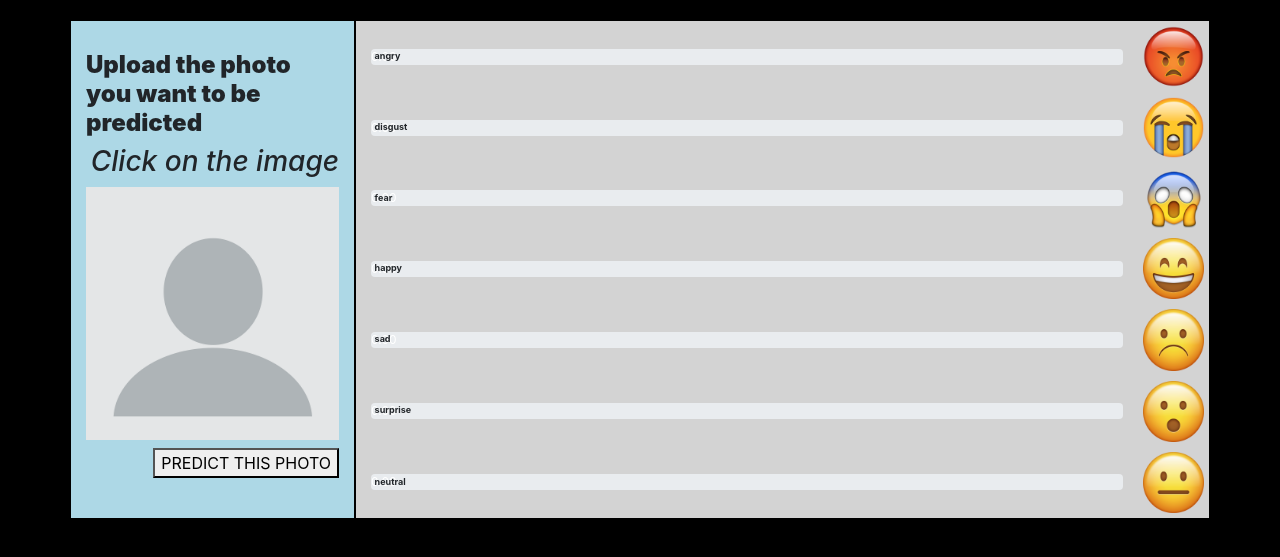
Repository: Jermaniac/TrabajoFinGradoGerman
Page: / (app in webprojectREACT/webexpresssionproject/)
These files come from the project's save history. The page is drawn as it stood at one moment and after the next save; the edit follows.
The browser window is 1280 px wide. The pictures show the whole page.
The project was rebuilt for these pictures with package versions that can differ from the ones it lists, and the page was loaded fresh each time.

Above is the page before, as saved 2021-05-05 13:03:07.

### webprojectREACT/webexpresssionproject/public/index.html
<!DOCTYPE html>
<html lang="en">
  <head>
    <meta charset="utf-8" />
    <link rel="icon" href="%PUBLIC_URL%/favicon.ico" />
    <meta name="viewport" content="width=device-width, initial-scale=1" />
    <meta name="theme-color" content="#000000" />
    <meta
      name="description"
      content="Web site created using create-react-app"
    />
    <title>Expression App</title>
  </head>
  <body>
    <div id="root"></div>
  </body>
</html>

### webprojectREACT/webexpresssionproject/src/index.js
import React from 'react';
import ReactDOM from 'react-dom';
import App from './components/App';
import './index.css'
// Bootstrap support for React
import 'bootstrap/dist/css/bootstrap.min.css'

import { configureStore } from './redux/configureStore'
import { Provider } from 'react-redux';

const store= configureStore();

const Root = (
  <Provider store={store}>
    <App />
  </Provider>
);

const rootElement = document.getElementById('root');

ReactDOM.render(
  Root,
  rootElement
);

### webprojectREACT/webexpresssionproject/src/components/App.jsx
import React from 'react'

import InfoExpressions from './InfoComponent'

import '../styles/App.css'
import { changeExpressions, changePhoto } from '../redux/actionCreators';

import { connect } from 'react-redux'
import FormComponent from './FormComponent';

const mapStateToProps = state => {
  return {
    expressions: state.expressions,
    photo: state.photo
  }
};

const mapDispatchToProps = dispatch => ({
  changeExpressions: (expressions) => dispatch(changeExpressions(expressions)),
  changePhoto: (photo) => dispatch(changePhoto(photo))
});

class App extends React.Component {

  render () {
    return (
        <div className="container">
          <div className="row">
              <FormComponent changeExpressions={this.props.changeExpressions}
              changePhoto={this.props.changePhoto}
              photo={this.props.photo}
              ></FormComponent>
              <InfoExpressions  expressions={this.props.expressions} ></InfoExpressions>
          </div>
        </div>
    );
  }

}

export default ( connect ( mapStateToProps, mapDispatchToProps )( App ))

### webprojectREACT/webexpresssionproject/src/redux/configureStore.js

import { createStore, combineReducers} from 'redux';
import { expressions } from './expressions'
import { photo } from './photo'

const combination = combineReducers({
    expressions,
    photo
});

export const configureStore = () => {

    const store = createStore(
        combination,
        // activate redux dev tools in browser
        window.__REDUX_DEVTOOLS_EXTENSION__ && window.__REDUX_DEVTOOLS_EXTENSION__()

    );

    return store;
}

### webprojectREACT/webexpresssionproject/src/components/InfoComponent.jsx
import React from 'react';
import '../styles/InfoComponent.css'

function InfoComponent({ expressions }) {

  if (expressions) {
    let expressionsFormatted = formatProbabilities(expressions);

    return (
    <div className="col-12 col-md-8 col-lg-9" id="info">
        {
        expressionsFormatted.map((expression) => {
          let emojiSrc = `./assets/images/emoji_${expression.mood}.png`;
          return (
            <div className="row" key={expression.mood}>
              <div className="col-11">
                <div className="progress">
                  <div
                    id="barra"
                    className="progress-bar"
                    aria-valuemin="0"
                    aria-valuemax="100"
                    style={{ width: expression.probability + "%" }}
                  >
                    {expression.probability}
                  </div>
                  <span className="badge">{expression.mood}</span>
                </div>
              </div>
              <div className="col-1" id="imageEmoji">
                <img
                  src={emojiSrc}
                  alt="emoji"
                ></img>
              </div>
            </div>
          );
        })
        }
      </div>
    // <div></div>
    );
  } else {
    return (
          <div>
          </div>
    );
  }
}

function formatProbabilities(expressions){
    return expressions.map( (expression) => {
        return  {
            mood: expression.mood,
            probability: (expression.probability * 100).toFixed(2)
        }

    })

}

export default InfoComponent;

### webprojectREACT/webexpresssionproject/src/styles/App.css
.container {
    padding: 20px;
}

### webprojectREACT/webexpresssionproject/src/redux/actionCreators.js
import * as ActionTypes from './actionTypes'

export const changeExpressions = (expressions) => ({
    type: ActionTypes.CHANGE_EXPRESSIONS,
    payload: {
        expressions: expressions
    }
});

export const changePhoto = (photo) => ({
    type: ActionTypes.CHANGE_PHOTO,
    payload: {
        photoUrl: URL.createObjectURL(photo)
    }
})

### webprojectREACT/webexpresssionproject/src/components/FormComponent.jsx
import { useState } from 'react';
import ImageUploadService from '../services/image-upload.service';
import '../styles/FormComponent.css'

function FormComponent({ changeExpressions, changePhoto, photo }) {

  const [getPhotoFile, setPhotoFile] = useState();

  const selectPhoto = (event) => {
    const photoSelect = event.target.files[0];
    setPhotoFile(photoSelect);
    changePhoto(photoSelect);
  };

  const requestPredict = () => {
    ImageUploadService.getMood(getPhotoFile).then((response) => {
      if (response) {
        console.log("Call API success!");
        changeExpressions(response.expressions);
      } else {
        console.log("Call API failed.");
      }
    });
  };

  return (
    <div className="col-12 col-md-4 col-lg-3" id="form">
      <div className="row">
        <h2>Upload the photo you want to be predicted</h2>
      </div>
      <div className="row">
        <h3>Click on the image</h3>
      </div>
      <div className="row">
        <label htmlFor="photo">
          <input
            type="file"
            name="photo"
            id="photo"
            accept="image/*"
            style={{ display: "none" }}
            onChange={selectPhoto}
          ></input>
          <img src={photo.photoUrl} alt="blankPic"></img>
        </label>
      </div>
      <div className="row">
        <button id="buttonSubmit" onClick={requestPredict}>
          PREDICT THIS PHOTO
        </button>
      </div>
    </div>
  );
}

export default FormComponent;

### webprojectREACT/webexpresssionproject/src/redux/expressions.js
import { EXPRESSIONS } from '../shared/expressions';
import * as ActionTypes from './actionTypes'

export const expressions = ( state = EXPRESSIONS, action ) => {
    switch (action.type) {
        case ActionTypes.CHANGE_EXPRESSIONS:
            let expressions = action.payload.expressions;
            return expressions;
        default:
            return state;
    }
};

### webprojectREACT/webexpresssionproject/src/redux/photo.js
import { PHOTO } from '../shared/photo';
import * as ActionTypes from './actionTypes'

export const photo = ( state = PHOTO, action ) => {
    switch (action.type) {
        case ActionTypes.CHANGE_PHOTO:
            let photo = action.payload;
            return photo;
        default:
            return state;
    }
};

### webprojectREACT/webexpresssionproject/src/styles/InfoComponent.css
.container-fluid {
    display: grid;
}
.col-11 {
    align-self: center;
}

#info {
    background-color: lightgrey;
    display: grid;
    border: 1px solid black;
}

### webprojectREACT/webexpresssionproject/src/redux/actionTypes.js
export const CHANGE_EXPRESSIONS = 'CHANGE_EXPRESSIONS'
export const CHANGE_PHOTO = 'CHANGE_PHOTO'

### webprojectREACT/webexpresssionproject/src/services/image-upload.service.js

const keyFile = "photo";
const urlApi =  "http://ec2-3-235-24-57.compute-1.amazonaws.com:9004/getMood";

class ImageUploadService {

  getMood(file) {

    const formData = new FormData();
    formData.append(keyFile, file);

    return fetch(urlApi, {
      method: "POST",
      body: formData,
    })
      .then((response) => response.json())
      .then((data) => {
        return data;
      })
      .catch((error) => console.error(error));
  }

}

export default new ImageUploadService();

### webprojectREACT/webexpresssionproject/src/styles/FormComponent.css

#form {
    background-color: lightblue;
    padding:30px;
    border: 1px solid black;
}

#imageEmoji {
    padding: 5px;
}

#form > .row {
    justify-content: right;
}

#form > .row > h2,h3{
    font-weight: 900;
    font-size: x-large;
}
#form > .row > h2{
    font-style: initial;
}
#form >.row > h3{
    font-style: italic;
}

img {
    width: 100%;
}

### webprojectREACT/webexpresssionproject/src/shared/expressions.js
export const EXPRESSIONS =
    [
        {
            mood: "angry",
            probability: 0.0
        },
        {
            mood: "disgust",
            probability: 0.0
        },
        {
            mood: "fear",
            probability: 0.0
        },
        {
            mood: "happy",
            probability: 0.0
        },
        {
            mood: "sad",
            probability: 0.0
        },
        {
            mood: "surprise",
            probability: 0.0
        },
        {
            mood: "neutral",
            probability: 0.0
        }
];

### webprojectREACT/webexpresssionproject/src/shared/photo.js
export const PHOTO =
    {
        photoUrl: "assets/images/blankPhoto.png"
    }

Loaded but not shown: webprojectREACT/webexpresssionproject/src/index.css (common file)

After the next save:
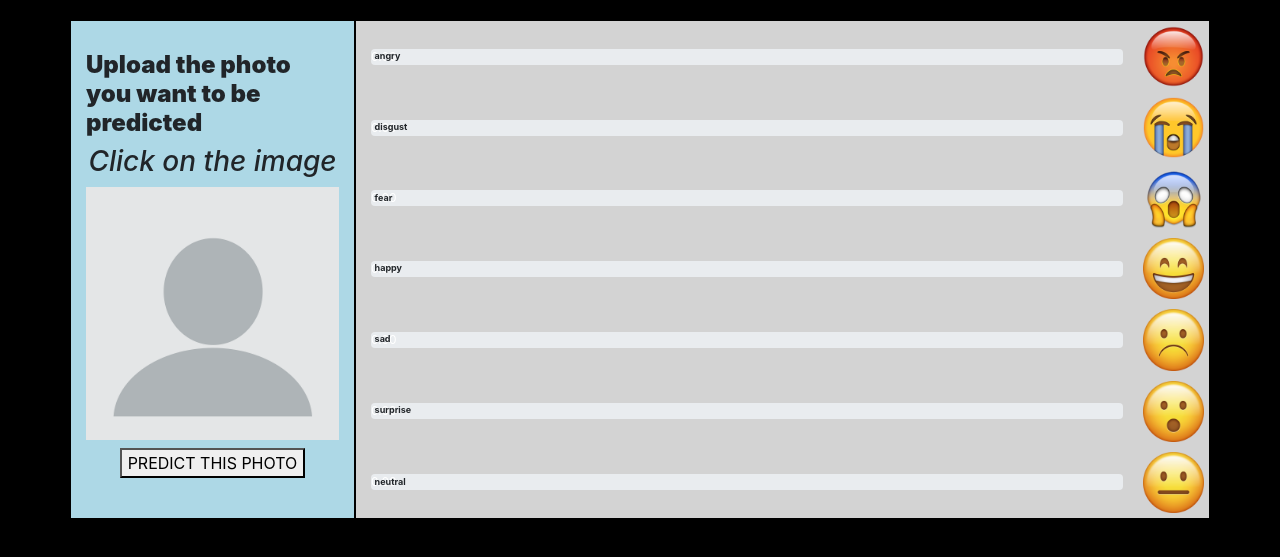
Saved 4 s later.
--- a/webprojectREACT/webexpresssionproject/src/styles/FormComponent.css
+++ b/webprojectREACT/webexpresssionproject/src/styles/FormComponent.css
@@ -10,7 +10,7 @@
 }
 
 #form > .row {
-    justify-content: right;
+    justify-content: center;
 }
 
 #form > .row > h2,h3{
